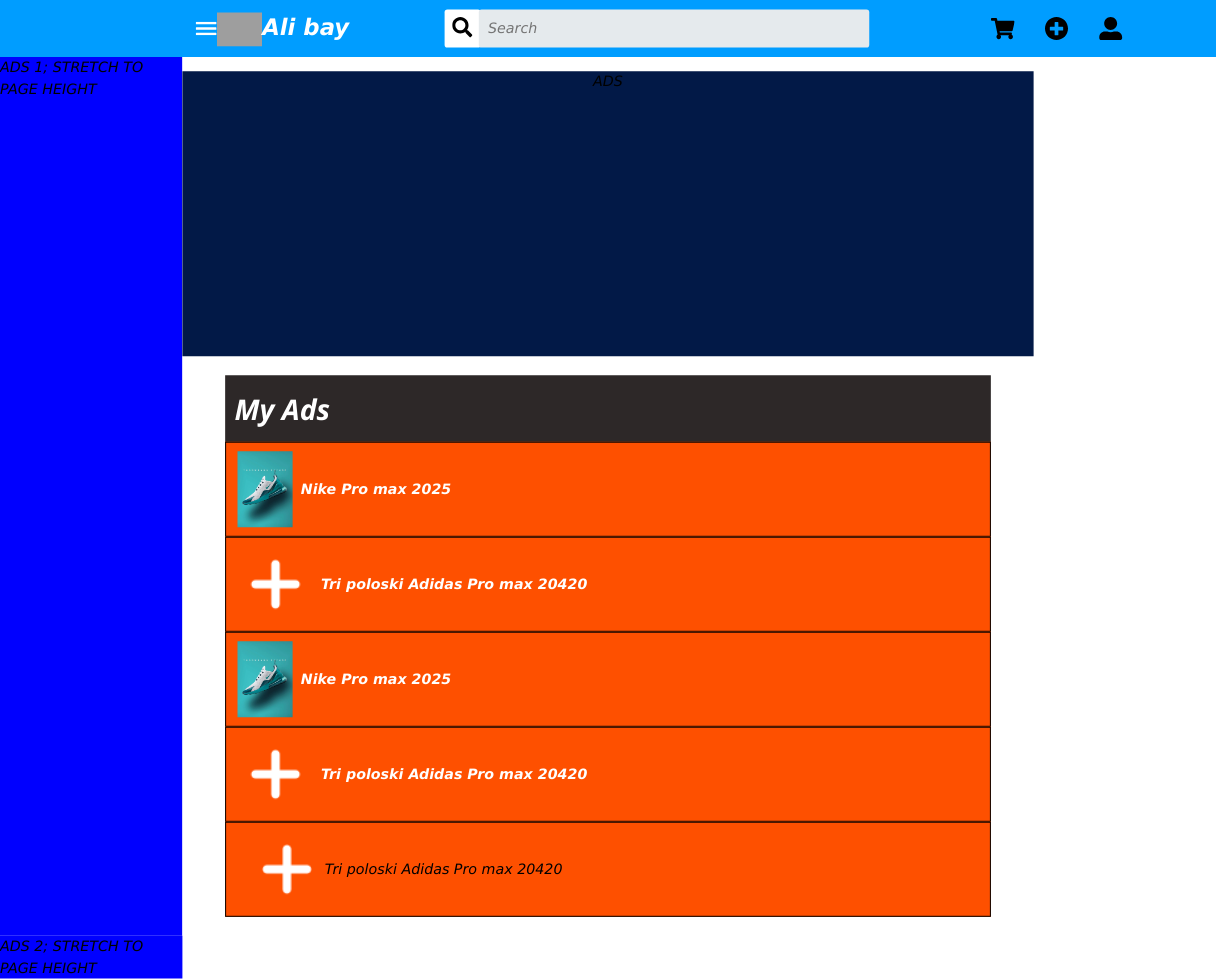
Repository: Aramys21/alibay-site
Page: public/ad_list.html
The author's editor kept a copy of each file at every save. The page is drawn from the files as they stood at one save, then again after a run of saves.
The browser window is 1280 px wide. The pictures show the whole page, at 95% of full size.
Pictures or frames that could not be fetched are drawn as grey boxes.

Above is the page before, as saved 2023-04-05 00:54:16.

### public/ad_list.html
<!DOCTYPE html>
<html>
  <head>
	<link rel="stylesheet" href="src/css/w3.css">
	<link rel="stylesheet" href="src/css/style.css">
	<link rel="stylesheet" href="src/css/style4.css">
    <title>Ads List Page</title>
  </head>
  <body>
	<div class="w3-sidebar w3-bar-block w3-card w3-animate-left side-bar" style="display:none" id="mySidebar">
		<!-- Side bar Menu -->
		<div class="sidebar-language">
			<button class="w3-bar-item w3-button w3-xlarge sidebar">ENG</button>
			<button class="w3-bar-item w3-button w3-xlarge sidebar">FR</button>
			<button class="w3-bar-item w3-button w3-xlarge sidebar">عربي</button>
		</div>
		<!-- contents of side bar -->
		<a class="w3-bar-item sidebar-title">Compte</a>
		<a href="login.html" class="w3-bar-item sidebar-link"><img class="search-icon" src="src/icons/account-white-icon.svg" style="height:12px;"> Login</a>
		<a href="register.html" class="w3-bar-item sidebar-link"><img class="search-icon" src="src/icons/account-add-icon.svg" style="height:12px;"> Register</a>
		<!-- separator -->
		<a class="w3-bar-item sidebar-title">Categories</a>
		<a href="#" class="w3-bar-item sidebar-link"><img class="search-icon" src="src/icons/perfume-icon.svg" style="height:18px;"> Cosmetique et beauté</a>
		<a href="#" class="w3-bar-item sidebar-link"><img class="search-icon" src="src/icons/watch-icon.svg" style="height:18px;"> Accessoire de mode</a>
		<a href="#" class="w3-bar-item sidebar-link"><img class="search-icon" src="src/icons/car-icon.svg" style="height:18px;"> Véhicules</a>
		<a href="#" class="w3-bar-item sidebar-link"><img class="search-icon" src="src/icons/battery-icon.svg" style="height:18px;"> piéces détachées</a>
		<a href="#" class="w3-bar-item sidebar-link"><img class="search-icon" src="src/icons/android-icon.svg" style="height:18px;"> Téléphones</a>
		<a href="#" class="w3-bar-item sidebar-link"><img class="search-icon" src="src/icons/headphones-icon.svg" style="height:18px;"> Accessoires de téléphones</a>
		<a href="#" class="w3-bar-item sidebar-link"><img class="search-icon" src="src/icons/appliance-icon.svg" style="height:18px;"> Electronique et electroménager</a>
		<a href="vetements.html" class="w3-bar-item sidebar-link"><img class="search-icon" src="src/icons/clothes-icon.svg" style="height:18px;"> Vétements</a>
	</div>

   <div id="navbar" class="navbar">
		<a href="#" id="openNav" class="w3-large navbar-first" onclick="menu_click()"><svg width="22" height="14" viewBox="0 0 22 14" fill="none" xmlns="http://www.w3.org/2000/svg">
			<path d="M0.785714 2.57143H21.2143C21.6482 2.57143 22 2.31561 22 2V0.571429C22 0.255821 21.6482 0 21.2143 0H0.785714C0.351754 0 0 0.255821 0 0.571429V2C0 2.31561 0.351754 2.57143 0.785714 2.57143ZM0.785714 8.28571H21.2143C21.6482 8.28571 22 8.02989 22 7.71429V6.28571C22 5.97011 21.6482 5.71429 21.2143 5.71429H0.785714C0.351754 5.71429 0 5.97011 0 6.28571V7.71429C0 8.02989 0.351754 8.28571 0.785714 8.28571ZM0.785714 14H21.2143C21.6482 14 22 13.7442 22 13.4286V12C22 11.6844 21.6482 11.4286 21.2143 11.4286H0.785714C0.351754 11.4286 0 11.6844 0 12V13.4286C0 13.7442 0.351754 14 0.785714 14Z" fill="white"/>
			</svg>
			</a>
		<div class="navbar__logo"><a href="home.html"><img src="src/images/logo-ab.png" style="width:8%;height:auto;"/>Ali bay</a></div>
		<div class="navbar__search">
		<a class="search-icon-link" href="#"><img class="search-icon" src="src/icons/search-icon.svg" style="width:22px;"></a>
		<input type="text" placeholder="Search" class="navbar__search__input"/>
		</div>
		<div class="navbar__links">


			<div class="dropdown">
				<a href="#" class="dropbtn"><img class="nav-icons" src="src/icons/cart-icon.svg"></a>
				<div id="dropdown-cart" class="dropdown-content">
					<p>My Cart</p>
					<a href="#"><img class="search-icon" src="src/icons/clothes-icon.svg"> Link 1</a>
					<a href="#"><img class="search-icon" src="src/icons/watch-icon.svg"> Link 2</a>
					<a href="#"><img class="search-icon" src="src/icons/appliance-icon.svg"> Link 3</a>
				</div>
			</div>

			<div class="dropdown">
				<a href="ad_list.html" class="dropbtn"><img class="nav-icons" src="src/icons/add-icon.svg"></a>
			</div>

			<div class="dropdown">
				<a href="#" class="dropbtn"><img class="nav-icons" src="src/icons/account-icon.svg"></a>
				<div id="dropdown-acc" class="dropdown-content">
					<p>My Account</p>
					<div class="dropdown-acc-info-container">
						<div class="dropdown-acc-icon"><img id="dropdown-account-icon" src="src/icons/account-icon.svg"></div>
						<a id="dropdown-acc-username">WexDex</a>
					</div>

					<a href="#">Disconnect</a>
				</div>
			</div>

      </div>
    </div>
	<script>
		function menu_click() {
		  if (document.getElementById("mySidebar").style.display === "none") {
			  document.getElementById("mySidebar").style.left = "0";
			  document.getElementById("mySidebar").style.width = "15%";
			  document.getElementById("mySidebar").style.display = "block";
		  }
		  else {
			  document.getElementById("mySidebar").style.display = "none";
		  }
		}
		function w3_close() {
			  document.getElementById("mySidebar").style.display = "none";
		}
	</script>

	<!-- Body Start -->
	<div id="container" style="display:flex;">
	<div class="left">ADS 1; STRETCH TO PAGE HEIGHT</div>
	<div class="main">
		<!-- ADS -->
		<div class="ad-box">
			<p>ADS</p>
		</div>
		<!-- main content -->

		<div class="list-container">
			<div class="list-label"><h2>My Ads</h2></div>
			<!-- Item list -->

			<!-- Single item start -->
			<div class="list-item">
				<a><img src="src/images/ades (1).png"></a>
				<a>Nike Pro max 2025</a>
			</div>
			<!-- single item end -->

			<!-- Single item start -->
			<div class="list-item">
				<a><img src="src/images/ades (2).png"></a>
				<a>Tri poloski Adidas Pro max 20420</a>
			</div>
			<!-- single item end -->

			<!-- Single item start -->
			<div class="list-item">
				<a><img src="src/images/ades (1).png"></a>
				<a>Nike Pro max 2025</a>
			</div>
			<!-- single item end -->

			<!-- Single item start -->
			<div class="list-item">
				<a><img src="src/images/ades (2).png"></a>
				<a>Tri poloski Adidas Pro max 20420</a>
			</div>
			<!-- single item end -->
			<!-- Single item start -->
			<div class="list-item">
				<img src="src/images/ades (2).png">
				Tri poloski Adidas Pro max 20420
			</div>
			<!-- single item end -->


		</div>
		</div>


	</div>
		<div class="right">ADS 2; STRETCH TO PAGE HEIGHT</div>
	</div>

	<a href="#" class="back-to-top"></a>
	<script>
		const backToTopButton = document.querySelector('.back-to-top');

		window.addEventListener('scroll', () => {
		  if (window.scrollY > 200) {
			backToTopButton.classList.add('show');
		  } else {
			backToTopButton.classList.remove('show');
		  }
		});

		backToTopButton.addEventListener('click', () => {
		  window.scrollTo({ top: 0, behavior: 'smooth' });
		});

	</script>
  </body>
</html>

### public/src/css/style.css
html,
body {

  font-style: italic;
}

/* Style for the navbar */
  .navbar {
	display: flex;
	justify-content: space-between;
	align-items: center;
	background-color: #009dff;
	color: #fff;
	padding: 10px;
	height: 60px;
  }
  .navbar__logo a {
	font-size: 24px;
	font-weight: bold;
	display: inline;
	color: #fff;
	text-decoration: none;

  }
  .navbar__logo img {
	  width:20% !important;
  }
  .navbar-first {
	  margin-left: 15%;
  }
  .navbar__logo {
	  display: inline;
	  width: 30%;
  }
  .navbar__search {
	  display: flex;
	  width:70%;
  }

  .navbar__search__input {
	/* margin: 0 20px; */
	margin-left: -2px;
	height: 40px;
	border-radius: 3px;
	border: none;
	padding: 0 10px;
	z-index: 1;
  }

  input[type="text"].navbar__search__input {
	margin-right: 20%;
	width: 100% !important;
	background-color: #e5eaed;
  }
  .search-icon-link {
	padding-top: 7px;
	background-color: #ffffff;
	border-radius: 3px;
	border: none;
	padding-left: 8px;
	padding-right: 8px;
  }

  .navbar__links {
	display: flex;
	margin-right: 5%;
  }
  .navbar__links a {
	color: #000;
	text-decoration: none;
	margin-right: 30px;
	font-size: 20px;
	margin-right: 50px;
  }
  .navbar__links a:last-child {
	margin-right: 0;
  }


  .nav-icons {
	  fill: black;
	  color: black;
  }

.side-bar {
	transition: 0.5s;
	background-color: #009dff;
	color: #fff;
}

#navbar {
  transition: margin-left .5s;
  padding: 20px;
}

@media screen and (max-height: 450px) {
  .navbar {padding-top: 15px;}
  .navbar a {font-size: 18px;}
}

/* Drop down */

.dropdown {
  float: left;
  overflow: hidden;
}

.dropdown .dropbtn {
  font-size: 16px;
  border: none;
  outline: none;
  color: white;
  padding: 14px 16px;
  background-color: inherit;
  font-family: inherit;
  margin: 0;
}

.navbar a:hover, .dropdown:hover .dropbtn {

}

.dropdown-content {
  display: none;
  position: absolute;
  background-color: #f9f9f9;
  box-shadow: 0px 8px 16px 0px rgba(0,0,0,0.2);
  z-index: 1;
  right : 10px;
}
#dropdown-cart {
	min-width: 400px;
}
#dropdown-acc {
	min-width: 250px;
}

.dropdown-acc-info-container {
	display: flex;
	align-items: center;
	background-color: #2D2828;
}
.dropdown-acc-info-container a {
	color: white;
	font-size: 20px;

}

.dropdown-acc-icon {
  display: flex;
  justify-content: center;
  align-items: center;
  width: 70px;
  height: 70px !important;
  border-radius: 50%;
  background-color: #FE5000;
  margin-bottom: 5px;
  color: white;
  margin: 5px;
}

.dropdown-acc-icon img {
	fill: #fff;
	color: #fff;
}

.dropdown-content a:not([id="dropdown-acc-username"]),.dropdown-content p,.dropdown-content img {
  float: none;
  color: #fff;
  padding: 6px 10px;
  text-decoration: none;
  display: flex;
  text-align: left;
  margin-right: 0;
  background-color: #FE5000;
}
.dropdown-content img {
	background-color: transparent;
}
.dropdown-content a {
	display: flex;
}

.dropdown-content p {
	background-color: #2D2828;
	margin-bottom: 0;
	margin-top: 0;
	font-size: 20px;
	color: #fff;
}
#dropdown-acc p {
	background-color: #000;
}

.dropdown-content a:hover:not([id="dropdown-acc-username"]),.dropdown-content img:hover {
  background-color: #942B0A;
}
#dropdown-account-icon:hover {
	background-color: transparent;
}

.dropdown:hover .dropdown-content {
  display: block;
}

/* Sidebar */

.sidebar-language button {
	width: 34%;
	font-size: 20px;
}
.sidebar-language {
	display: flex;
	background-color: #0077ff;
	color: #fff;
}
a.sidebar-title, a.sidebar-link {
	text-decoration: none;
}
a.sidebar-link {
	margin-left: 5%;
}
a.sidebar-link:hover {
	background-color: #942B0A;
}


/* Body Structure */
.container {
  justify-content: center;
  align-items: center;
}
.left,
.right {
  display:flex;
  /* height: 100%; */
  width: 15%;
}
.left {
  background-color: blue;
}

.right {
  background-color: blue;
}

.main {
  height: 100%;
  background-color: white;
  width: 70%;
}


/* Content */
.ad-box {
	height:300px;
	background-color: #021947;
	text-align: center;
	align-items: middle;
	margin: auto;
	width:100%;

}

.ad-box img {
	color: #000;
	font-size: 40px;
	margin: auto;
  background-size: cover;
  width: 100%;
  height: 100%;

}
.right img{
  width: 100%;
  height: 100%;

}

/* Categories */

.category-links {
	display: flex;
	justify-content: space-between;
	align-items: center;
  justify-content: center;
	background-color: #2D2828;
	height: 250px;
  padding-top: 10px;
	/* padding-left: 5%;
	padding-right: 5%; */
	flex-wrap: wrap;
	width:auto;
	/* margin-left: 15%; */
	/* margin-right: auto; */
}

.category-link {
  display: flex;
  flex-direction: column;
  justify-content: center;
  align-items: center;
  text-align: center;
  width: 100px;
  height: 120px;
  text-decoration: none;
  font-weight: bold;
  font-size: 1.2em;
  margin-right: 10px;
}

.category-icon {
  display: flex;
  justify-content: center;
  align-items: center;
  width: 70px;
  height: 70px !important;
  border-radius: 50%;
  background-color: #009dff;
  margin-bottom: 5px;
  color: white;
}
.category-icon.active-category {
  background-color: #8CBE39;
}

.category-icon img {
	fill: #fff;
	color: #fff;
}
.icn{
color: #fff;
fill: #fff;
height: 75% ;
}
.category-text {
  display: flex;
  text-overflow: ellipsis;
  overflow: hidden;
  word-wrap: break-word;
  color: white;
  font-size: 1rem;
  height: 50px;
}
/* Filter Bar */
.filter-container {
	/* width: 80%; */
	margin: auto;
	margin-top: 20px;
	display: flex;
	justify-content: center;
}
.filter-bar {
	display: flex;
	width: 40%;
	margin-right: 10%;
}
.filter-bar input {
	width: 100%;
	background-color: #009dff;
	border: none;
	color: white;
	border-top-left-radius: 5px;
	border-bottom-left-radius: 5px;
}

.filter-search-icon-link {
	padding: 8px;
	background-color: #08024f;
	border-top-right-radius: 3px;
	border-bottom-right-radius: 3px;
	border: none;
  }
/* Filter Dropdown */
.filter-dropdown {
  position: relative;
  display: inline-block;
}

.filter-btn {
  background-color: #009dff;
  color: white;
  padding: 10px;
  border: none;
  cursor: pointer;
  border-radius: 15px;
  font-size: 18px;
}

.filter-content {
  display: none;
  position: absolute;
  background-color: #009dff;
  min-width: 200px;
  z-index: 1;
  padding: 10px;
  box-shadow: 0px 8px 16px 0px rgba(0,0,0,0.2);
  border: black solid 1px;
}
.filter-content select,.filter-content input {
	background-color: #2D2828;
	color: white;
}

.filter-content form {
  margin: 0;
}

.filter-content label {
  display: block;
  font-weight: bold;
  margin-bottom: 5px;
}

.filter-content select, .filter-content input {
  display: block;
  margin-bottom: 10px;
  width: 100%;
  padding: 5px;
  border: 1px solid #ccc;
  border-radius: 4px;
  box-sizing: border-box;
}

.filter-content button[type=submit] {
  background-color: #4CAF50;
  color: white;
  border: none;
  padding: 10px;
  cursor: pointer;
}

.filter-dropdown:hover .filter-content {
  display: block;
}


/* Products List */
.product-list {
	display: flex;
	flex-wrap: wrap;
	justify-content: space-between;
	padding-left: 10%;
	padding-right: 10%;
	padding-top: 5%;
	width:100%;
}

.product-card {
  width: calc((100% / 3) - 20px);
  margin-bottom: 20px;
  box-shadow: 0 0 5px rgba(0, 0, 0, 0.2);
  border-radius: 5px;
  overflow: hidden;
  background-color: #006afe;
}

.product-card-img {
  display: block;
  width: 100%;
  height: 350px;
}

.product-card h2 {
  font-size: 1.2em;
  margin: 10px;
}

.product-card p {
  font-size: 0.9em;
  margin: 10px;
  color: #555;
}

.product-icons {
	display: flex;
	align-items: center;
	width: 50%;
}

.product-card a.card-icon-links {
  margin-left: 20px;
  padding: 20px 0px;
  border: none;
  color: white;
  font-weight: bold;
  border-radius: 5px;
  cursor: pointer;
}

.card-icons img {
	width: 33%;
	height: 33%;
}

/* Back to Top button */
.back-to-top {
  display: none;
  position: fixed;
  bottom: 20px;
  right: 20px;
  width: 50px;
  height: 50px;
  background-color: #007bff;
  color: white;
  border-radius: 50%;
  text-align: center;
  line-height: 50px;
  font-size: 24px;
  cursor: pointer;
  z-index: 9999;
  transition: opacity 0.4s ease-in-out;
  text-decoration: none;
}

.back-to-top:before {
  content: "\2191";
  font-family: Arial, sans-serif;
  font-weight: bold;
}

.back-to-top:hover {
  opacity: 0.8;
}

.back-to-top.active {
  display: block;
}


.back-to-top.show {
  display: block;
  opacity: 1;
}

### public/src/css/style4.css
.list-container {
	width: 90%;
	background-color: #2D2828;
	margin: auto;
	margin-top: 20px;
	margin-bottom: 20px;
}

.list-label {
	min-height: 70px;
	max-height: 70px;
	display: flex;
    align-items: center;
}

.list-item {
	min-height: 100px;
	max-height: 100px;
	display: flex;
    align-items: center;
	background-color: #FE5000;

	border: black solid 1px;
}

.list-item img {
	height: 80px;
	margin-left: 3%;
}

.list-container h2 {
	color: white;
	font-weight: bold;
	margin-left: 10px;
}
a.link-list-item {
	background-color:green;
}
.list-item a {
	color: white;
	font-size: 30;
	font-weight: bold;
	margin-left: 10px;
}
link-item-list-full {
	width: 100%;
}

Loaded but not shown: public/src/css/w3.css (library)

After the next 5 saves:
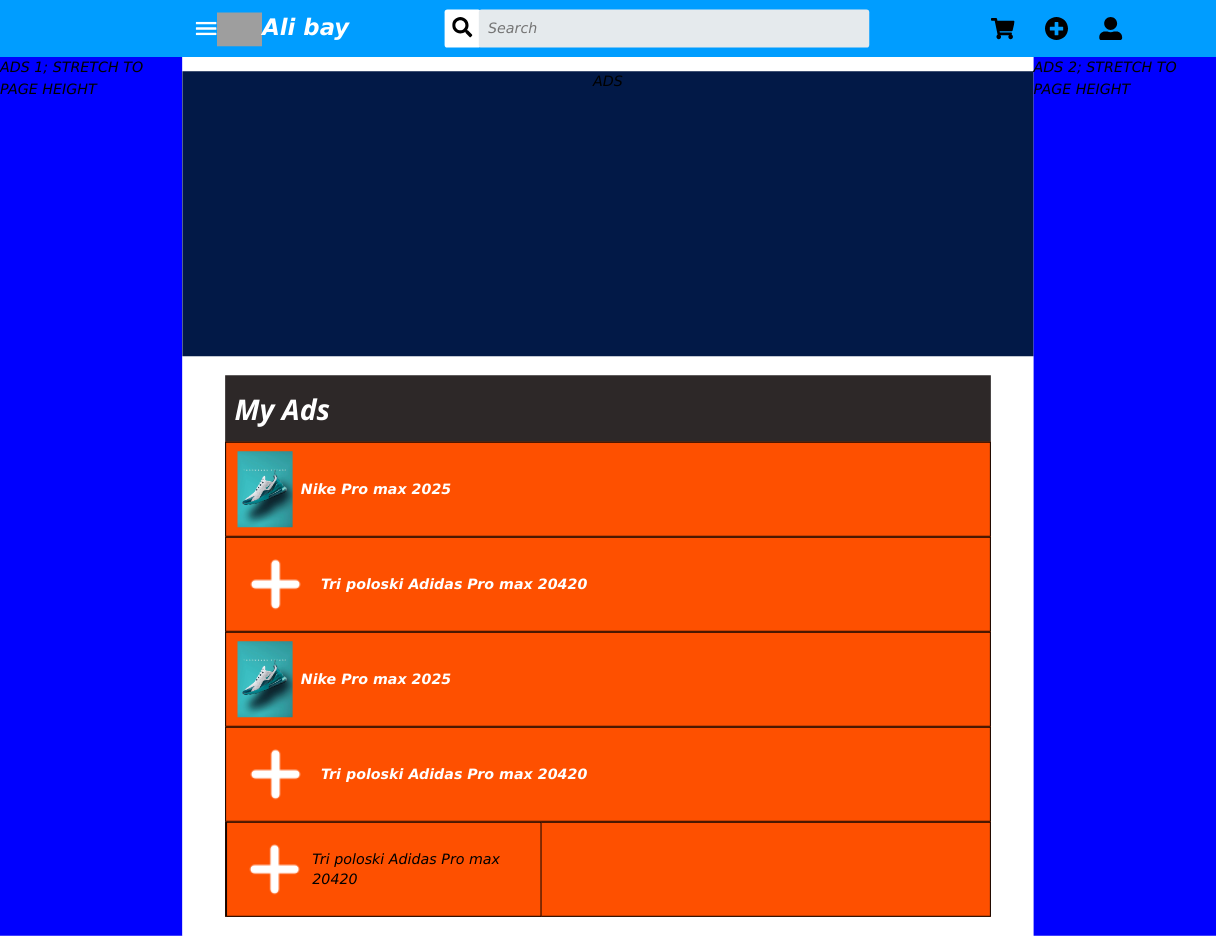
The 5 saves are shown as one change because they came seconds apart.
The last was saved 15 s later.
--- a/public/ad_list.html
+++ b/public/ad_list.html
@@ -131,9 +131,11 @@
 			<!-- single item end -->
 			<!-- Single item start -->
 			<div class="list-item">
+				<div class="list-item">
 				<img src="src/images/ades (2).png">
 				Tri poloski Adidas Pro max 20420
 			</div>
+		</a>
 			<!-- single item end -->
 
 

After the 3 saves that followed:
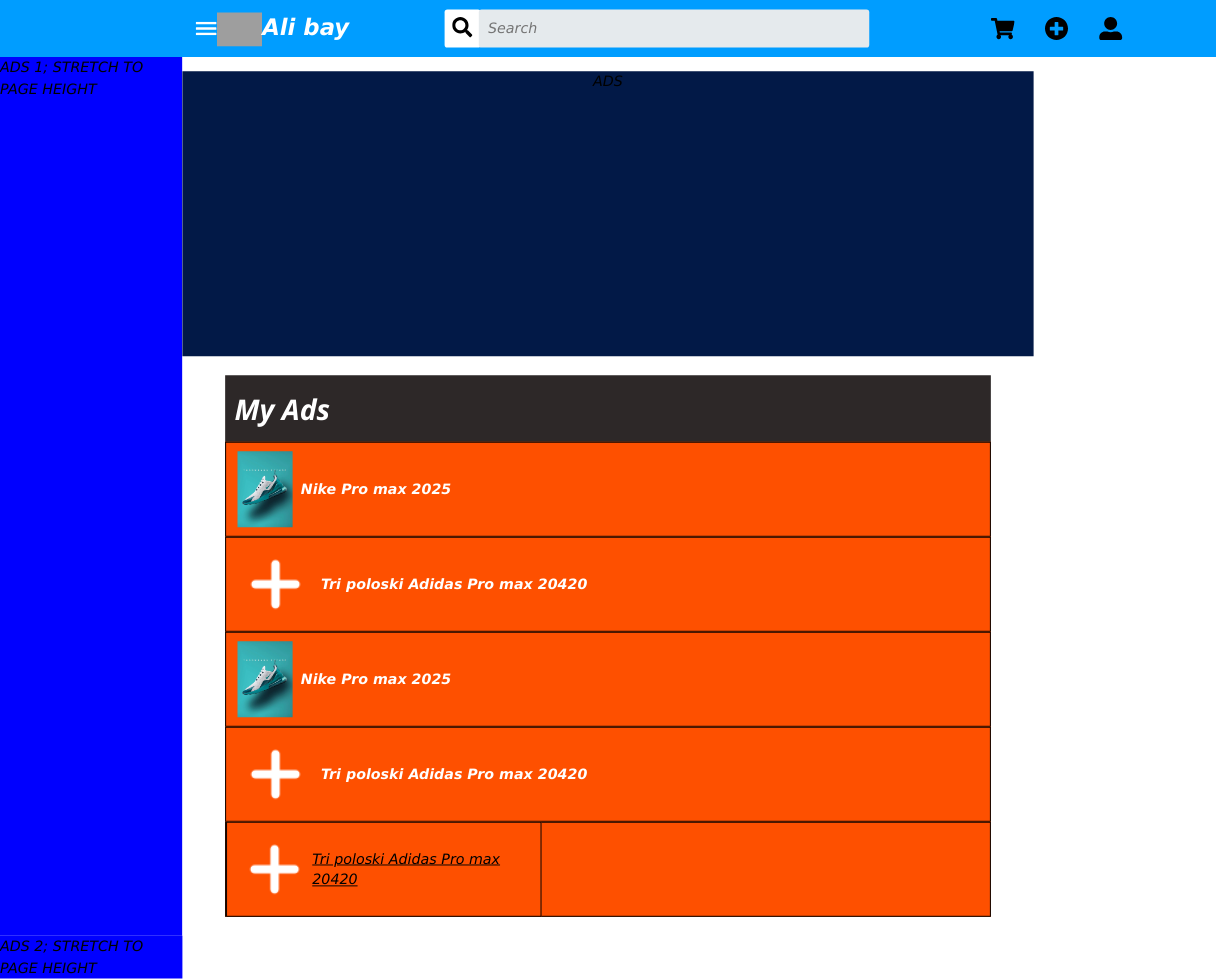
The 3 saves are shown as one change because they came seconds apart.
The last was saved 8 s later.
--- a/public/ad_list.html
+++ b/public/ad_list.html
@@ -130,7 +130,7 @@
 			</div>
 			<!-- single item end -->
 			<!-- Single item start -->
-			<div class="list-item">
+			<a href="#" class="list-item">
 				<div class="list-item">
 				<img src="src/images/ades (2).png">
 				Tri poloski Adidas Pro max 20420
